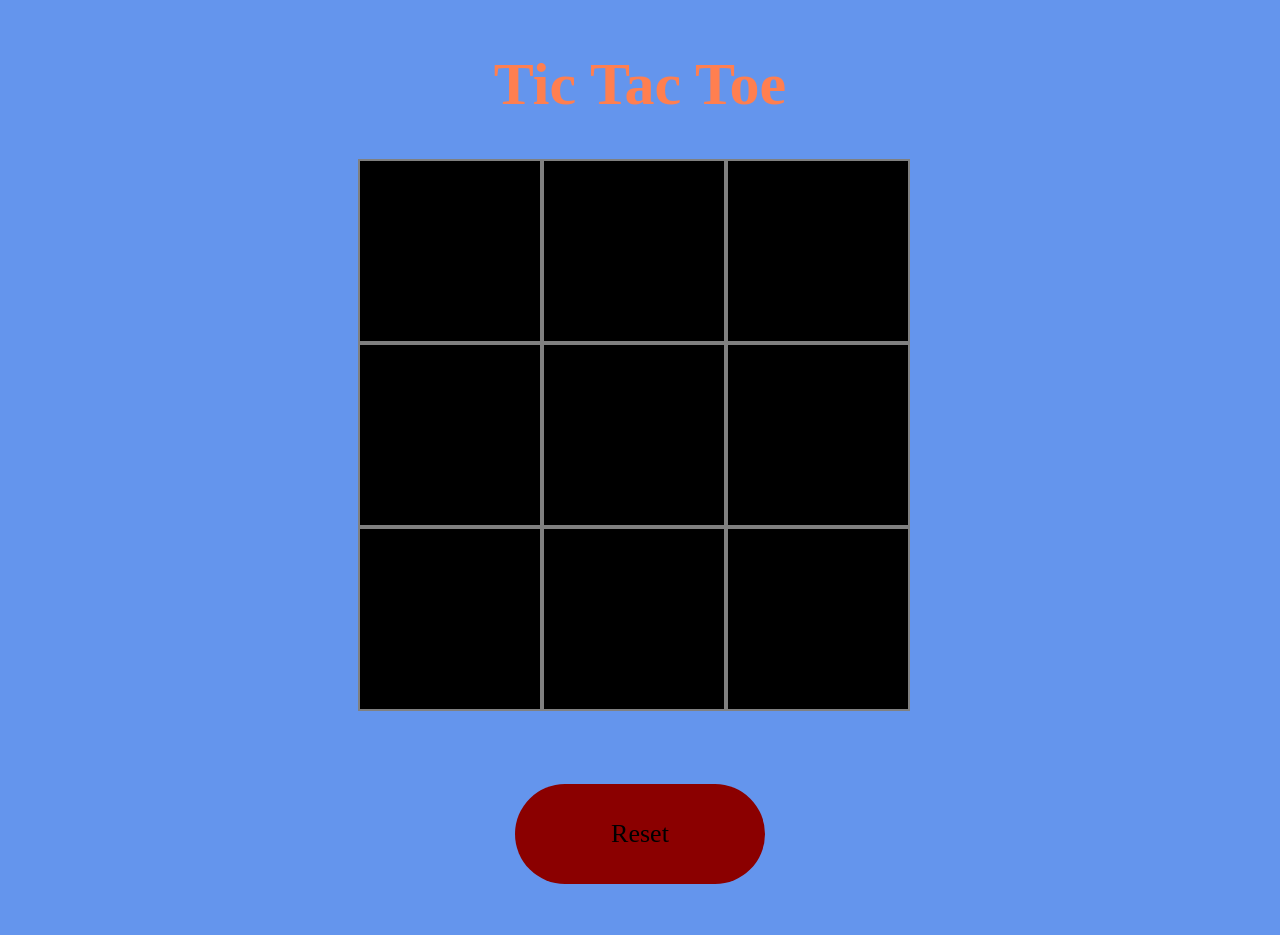
Repository: jontslater/tictaktoe
Page: /
An editor plug-in stored every save of this project. The page is shown before and after the next save, followed by the edit.
The browser window is 1280 px wide. The pictures show the whole page.
The project was rebuilt for these pictures with package versions that can differ from the ones it lists, and the page was loaded fresh each time. Also part of the build but not shown: src/App.css.

Above is the page before, as saved 2024-06-30 10:27:39.

### src/index.css
body {
  margin: 0;
  font-family: -apple-system, BlinkMacSystemFont, 'Segoe UI', 'Roboto', 'Oxygen',
    'Ubuntu', 'Cantarell', 'Fira Sans', 'Droid Sans', 'Helvetica Neue',
    sans-serif;
  -webkit-font-smoothing: antialiased;
  -moz-osx-font-smoothing: grayscale;
  background-color:cornflowerblue
}

code {
  font-family: source-code-pro, Menlo, Monaco, Consolas, 'Courier New',
    monospace;
}

### src/App.js

import './App.css';
import TicTacToe from './Components/TicTacToe/TicTacToe';

function App() {
  return (
    <div>
     <TicTacToe/>
    </div>
  );
}

export default App;

### src/Components/TicTacToe/TicTacToe.jsx
import React from 'react'
import './TicTacToe.css'
import O from '../Assets/O.jpg'
import x from '../Assets/x.jpg'

const TicTacToe = () => {
  return (
    <div className= 'container'>
     <h1 className='title'>Tic Tac Toe</h1>
     <div className='board'>
      <div className='row1'>
        <div className='boxes'></div>
        <div className='boxes'></div>
        <div className='boxes'></div>
      </div>
      <div className='row2'>
        <div className='boxes'></div>
        <div className='boxes'></div>
        <div className='boxes'></div>
      </div>
      <div className='row3'>
        <div className='boxes'></div>
        <div className='boxes'></div>
        <div className='boxes'></div>
      </div>
     </div>
     <button className='reset'>Reset</button>
    </div>
  )
}

export default TicTacToe

### src/Components/TicTacToe/TicTacToe.css
.container{
  text-align: center;
}

.title{
  margin-top: 50px;
  color: coral;
  font-size: 60px;
  display: flex;
  justify-content: center;
  align-items: center;
  font-family:cursive;
}

.reset{
  width: 250px;
  height: 100px;
  border: none;
  outline: none;
  cursor: pointer;
  border-radius: 50px;
  background-color: darkred;
  font-size: 26px;
  color: black;
  margin-top: 25px;
  margin-bottom: 50px;
  font-family: cursive;
}

.boxes{
  display: flex;
  height: 180px;
  width: 180px;
  background-color:black;
  border: 2px solid gray;
  /* border-radius: 12px; */
  cursor: pointer;
}

.board{
  height: 600px;
  width: 564px;
  display:flex;
  margin: auto;
}

Loaded but not shown: public/index.html (common file); src/index.js (common file); src/reportWebVitals.js (common file)

After the next save:
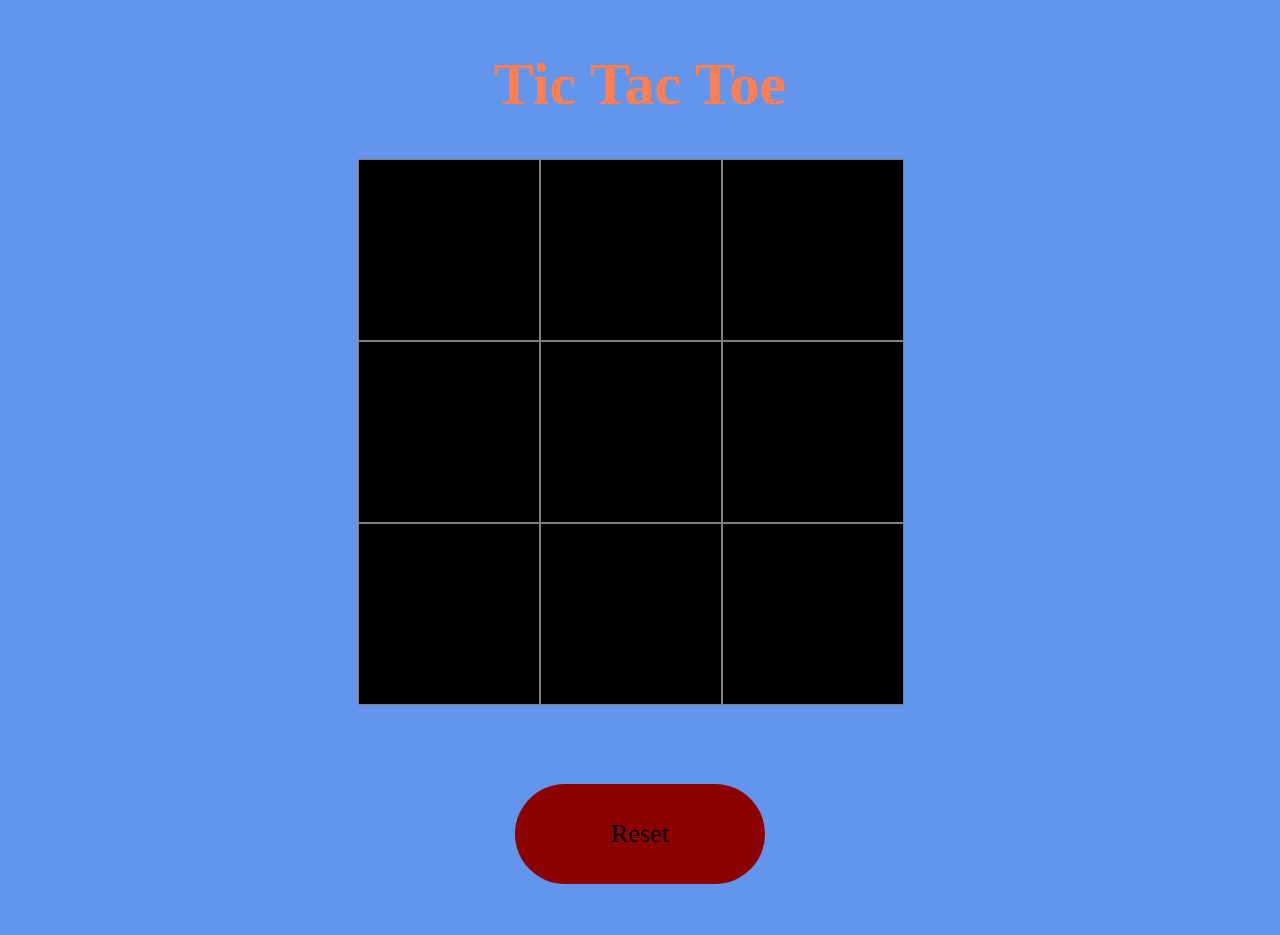
Saved 7 s later.
--- a/src/Components/TicTacToe/TicTacToe.css
+++ b/src/Components/TicTacToe/TicTacToe.css
@@ -32,7 +32,7 @@
   height: 180px;
   width: 180px;
   background-color:black;
-  border: 2px solid gray;
+  border: 1px solid gray;
   /* border-radius: 12px; */
   cursor: pointer;
 }
